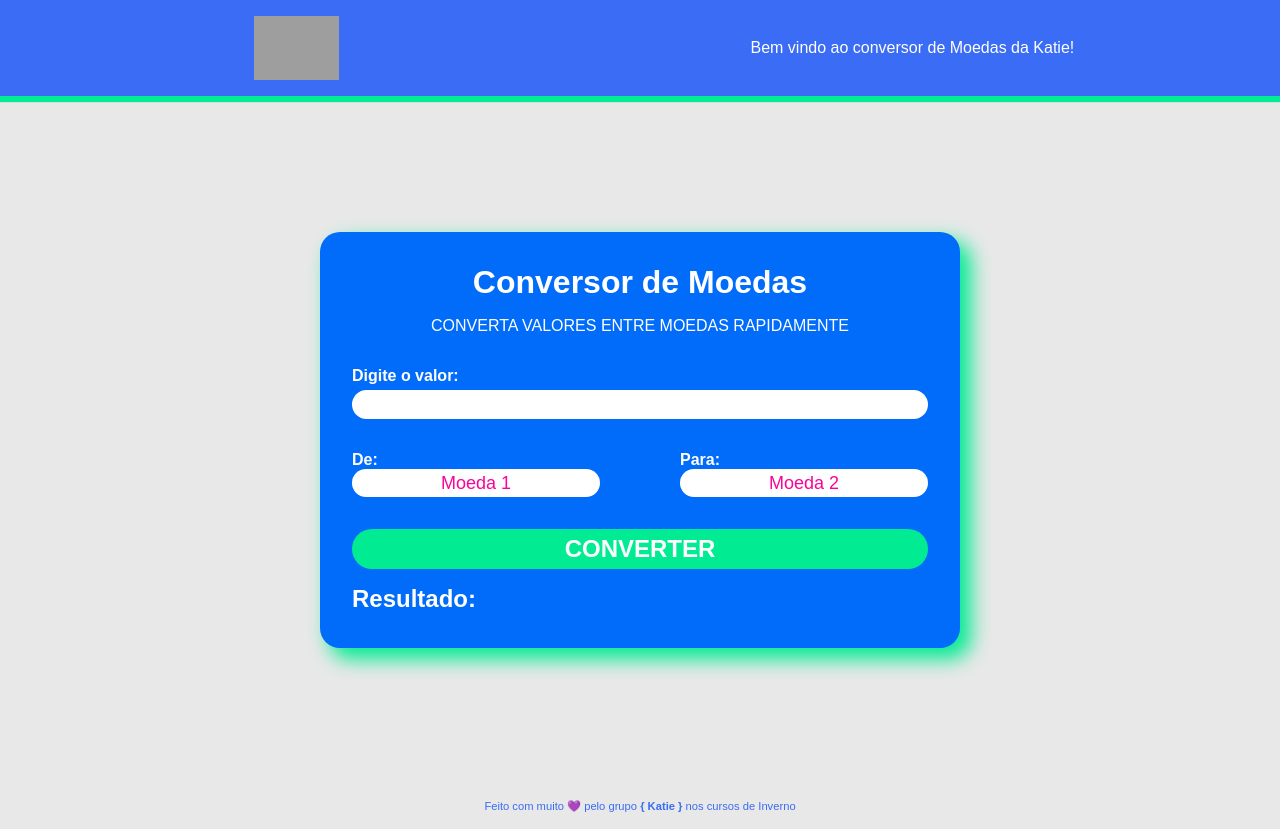
Repository: willamesalmeida/Conversor-de-Moedas
Page: index.html
The author's editor kept a copy of each file at every save. The page is drawn from the files as they stood at one save, then again after the next save.
The browser window is 1280 px wide. The pictures show the whole page.
Pictures or frames that could not be fetched are drawn as grey boxes.

Above is the page before, as saved 2022-08-07 16:15:39.

### index.html
<!DOCTYPE html>
<html lang="pt-br">
<head>
    <meta charset="UTF-8" />
    <meta name="viewport" content="width=device-width, initial-scale=1.0">
    <link rel="stylesheet" href="./global.css">
    <link rel="stylesheet" href="./styles.css">
    <title>Conversor de moedas KATIE</title>
</head>
<body>
    <script src="script.js"></script>

    <header class="cabecalho">
        <img class="gif-katie" src="https://ic.ufal.br/extensao/katie/resources/logoanim.gif"/>
        <p class="saudacao">Bem vindo ao conversor de Moedas da Katie!</p>
    </header>
    <main class="container">
        <section class="card">
            <header>
                <h2 class="titulo">Conversor de Moedas</h2>
                CONVERTA VALORES ENTRE MOEDAS RAPIDAMENTE
            </header>

            <section class="valor">
                <label>Digite o valor:</label>
                <input type="number" id="valor_inicial">
            </section>

            <section class="conversao">
                <div  class="converter-de">
                    <label>De:</label>
                    <select name="moedasde" id="moedasde">
                        <option value="de">Moeda 1</option>
                        <option value="USD">Dolar</option>
                        <option value="BRL">Real</option>
                        <option value="EUR">Euro</option>
                      </select>
                </div>

                <div class="converter-para">
                    <label>Para:</label>
                    <select name="moedaspara" id="moedaspara">
                        <option value="para">Moeda 2</option>
                        <option value="USD">Dolar</option>
                        <option value="BRL">Real</option>
                        <option value="EUR">Euro</option>
                      </select>
                </div>

            </section>
            <button type="submit" onclick="Converter()">CONVERTER</button>
            <h1>Resultado:</h1>
            <span id="resultado" class="resultado"></span>

        </section>

    </main>

    <footer>
        Feito com muito &#128156 pelo grupo <strong>{ Katie }</strong> nos cursos de Inverno
    </footer>


</body>
</html>

### global.css
@import url('https://fonts.googleapis.com/css2?family=Roboto+Flex:opsz,wght@8..144,400;8..144,500&family=Roboto:ital,wght@0,100;0,300;0,400;0,500;0,700;0,900;1,100;1,300;1,400;1,500;1,700;1,900&display=swap');
:root {
  --rosa-katie: #f8049c;
  --amarelo-katie: #fdd54f;
  --cinza-katie: #1f1f24;
  --rosa-claro: #EF5AA7;
  --branco:  #ffffff;
  --blue: #3A6CF5;
  --gray:#E8E8E8;
  --grey2: #EBEBF3;
  --red:#FF0000;
  --greendark:#007560;
  --greenlight:#27EDC4;
  --greenciano:#51EFD0;
  --azul:#006CF9;
  --greengreen:#00EB92;
}

* {
  margin: 0;
  padding: 0;
  box-sizing: border-box;
}

body {
  font-family: 'Roboto ', sans-serif;
  font-family: 'Roboto Flex ', sans-serif;
  color: #ffffff;
  background-color: var(--gray);

}

### styles.css
.cabecalho {
  background: var(--blue);
  padding: 1rem 0;
}

.gif-katie {
  margin-left: 3rem;
  height: 4rem;
}
.cabecalho{
  display: flex;
  align-items: center;
  justify-content: space-around;
  box-shadow: 1px 1px 1px 5px var(--greengreen)
}

.saudacao {
  text-align: center;

}

.container {
  padding: 2.5rem 1rem;
}

.card {
  background: var(--azul);
  width: 40rem;
  height: 26rem;
  border-radius: 20px;
  padding: 2rem;
  margin: 6rem auto;
  box-shadow: 10px 10px 20px 1px var(--greengreen)
}

header h2 {

  font-size: 2rem;
}

.titulo {
  margin-bottom: 1rem;
}

.card header {
  text-align: center;
}

.valor {
  margin: 2rem 0;
  display: flex;
  flex-direction: column;
}

label {
  font-size: 1rem;
  font-weight: bold;
  margin-bottom: 0.3rem;
}

input,
select {
  -webkit-appearance: none;
  -moz-appearance: none;
  appearance: none;
  border: none;
  border-radius: 2rem;
  height: 1.8rem;
  width: 100%;
  background: var(--branco);
  color: var(--rosa-katie);
  outline: none;
  font-size: 18px;


}
select{
  text-align: center;
}
input {
    padding: 0.8rem;
}

.conversao {
    width: 100%;
    margin: 2rem 0;
    display: flex;
    flex-direction: row;
  }

.converter-de,
.converter-para {
  width: 100%;
}

.converter-de {
  margin-right: 2.5rem;
}

.converter-para {
  margin-left: 2.5rem;
}

button {
  background: var(--greengreen);
  border: none;
  border-radius: 2rem;
  width: 100%;
  height: 2.5rem;
  cursor: pointer;
  color: var(--branco);
  font-weight: bold;
  font-size: 1.5rem;
  transition: 0.5s;
  margin-bottom: 1rem;
}

#resultado {
    font-weight: bold;
    color: var(--amarelo-katie);
    font-size: 1.5rem;
    text-align: center;
}

button:hover {
  filter: brightness(0.8);
}

footer {
    margin: 1rem 0;
    color: var(--blue);
    font-size: 0.70rem;
    text-align: center;
}

### script.js
function Converter() {
  let input = parseFloat(document.getElementById("valor_inicial").value);
  let output = document.getElementById("resultado");
  let de = document.getElementById("moedasde");
  let para = document.getElementById("moedaspara");

  console.log(de.value);

  //Reais
  if (de.value == "BRL" && para.value != "Moeda 2") {
    let valorEmReais = input;
    let valor;
    if (para.value == "BRL") {
      valor = "O valor em reais é: R$" + valorEmReais.toFixed(2);
    } else if (para.value == "EUR") {
      valor = "O valor em euros é: €" + (valorEmReais * 0.1885).toFixed(2);
    } else if (para.value == "USD") {
      valor = "O valor em dólar é: $" + (valorEmReais * 0.1917).toFixed(2);
    }
    output.innerHTML = valor;
  } else if (de.value == "EUR" && para.value != "Moeda 2") {
    let valorEmEuros = input;
    let valor;

    if (para.value == "EUR") {
      valor = "O valor em euros é: €" + valorEmEuros.toFixed(2);
    } else if (para.value == "USD") {
      valor = "O valor em dólar é: $" + (valorEmEuros * 1.0167).toFixed(2);
    } else if (para.value == "BRL") {
      valor = "O valor em reais é: R$" + (valorEmEuros * 5.303).toFixed(2);
    }
    output.innerHTML = valor;
  } else if (de.value == "USD" && para.value != "Moeda 2") {
    console.log("entrou no else is do dolar");
    let valorEmDolar = input;
    let valor;

    if (para.value == "USD") {
      valor = "O valor em dólar é: $" + valorEmDolar.toFixed(2);
    } else if (para.value == "BRL") {
      valor = "O valor em dólar é: R$" + (valorEmDolar * 5.2159).toFixed(2);
    } else if (para.value == "EUR") {
      valor = "O valor em dólar é: €" + (valorEmDolar * 0.9832).toFixed(2);
    }
    output.innerHTML = valor;
  } else {
    output.innerHTML = "";
  }
}

After the next save:
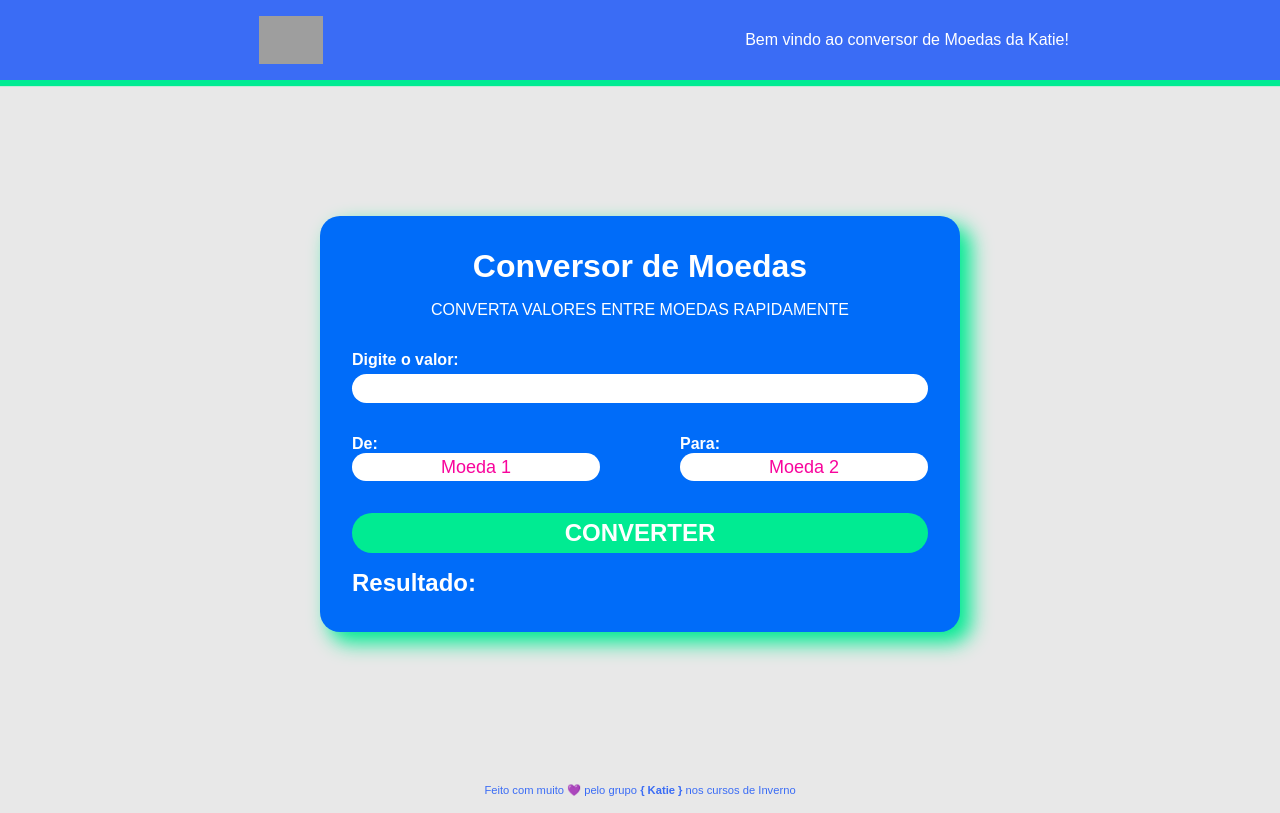
Saved 35 s later.
--- a/styles.css
+++ b/styles.css
@@ -5,7 +5,7 @@
 
 .gif-katie {
   margin-left: 3rem;
-  height: 4rem;
+  height: 3rem;
 }
 .cabecalho{
   display: flex;
